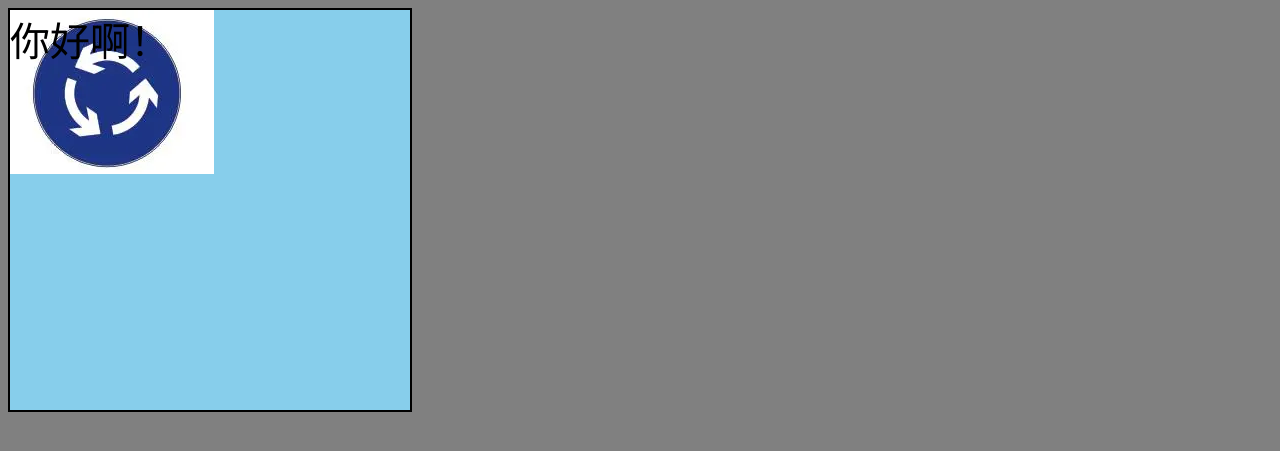
Repository: 123648923/html5-css3
Page: css/13 背景属性/背景属性.html
The author's editor kept a copy of each file at every save. The page is drawn from the files as they stood at one save, then again after the next save.
The browser window is 1280 px wide. The pictures show the whole page.

Above is the page before, as saved 2023-11-06 16:37:28.

### css/13 背景属性/背景属性.html
<!DOCTYPE html>
<html lang="zh-CN">

<head>
    <meta charset="UTF-8">
    <title>背景属性</title>
    <style>
        body {
            background-color: gray;
        }

        div {
            width: 400px;
            height: 400px;
            border: 2px black solid;
            font-size: 40px;
            /* 设置背景的颜色 */
            background-color: skyblue;
            /* 背景图片设置 */
            background-image: url("../../tb.webp");
            /* 设置背景图片的重复方式 */
            background-repeat: no-repeat;
            /* 可以控制背景图片的位置 */
            background-position: left top;
        }
    </style>
</head>

<body>
    <div>你好啊！</div>
</body>

</html>

After the next save:
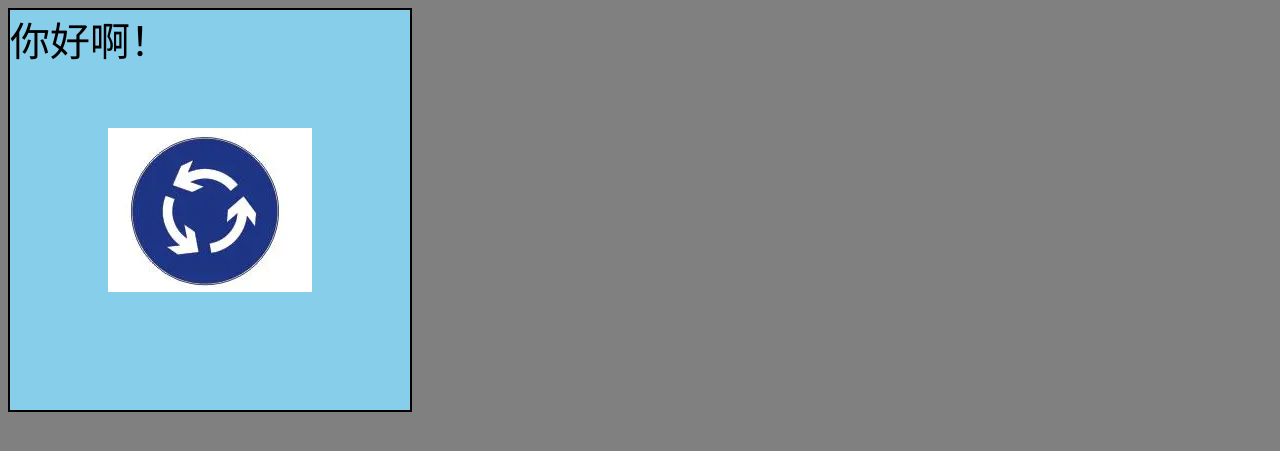
Saved 60 s later.
--- a/css/13 背景属性/背景属性.html
+++ b/css/13 背景属性/背景属性.html
@@ -21,7 +21,7 @@
             /* 设置背景图片的重复方式 */
             background-repeat: no-repeat;
             /* 可以控制背景图片的位置 */
-            background-position: left top;
+            background-position: center;
         }
     </style>
 </head>

After the 2 saves that followed:
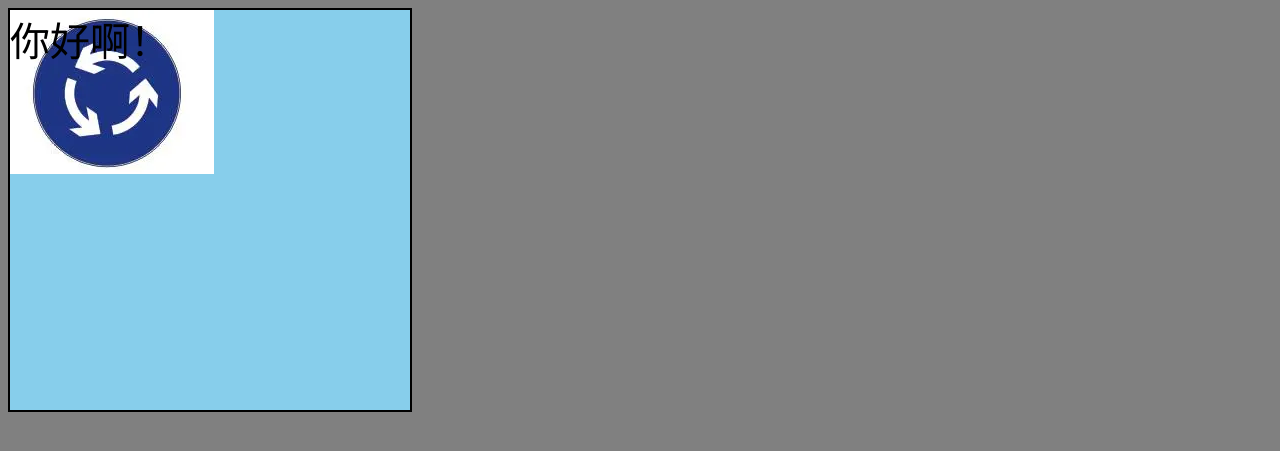
The 2 saves are shown as one change because 1 left the picture as it was.
The last was saved 108 s later.
--- a/css/13 背景属性/背景属性.html
+++ b/css/13 背景属性/背景属性.html
@@ -20,8 +20,8 @@
             background-image: url("../../tb.webp");
             /* 设置背景图片的重复方式 */
             background-repeat: no-repeat;
-            /* 可以控制背景图片的位置 */
-            background-position: center;
+            /* 可以控制背景图片的位置(X,Y) */
+            /* background-position: center; */
         }
     </style>
 </head>
